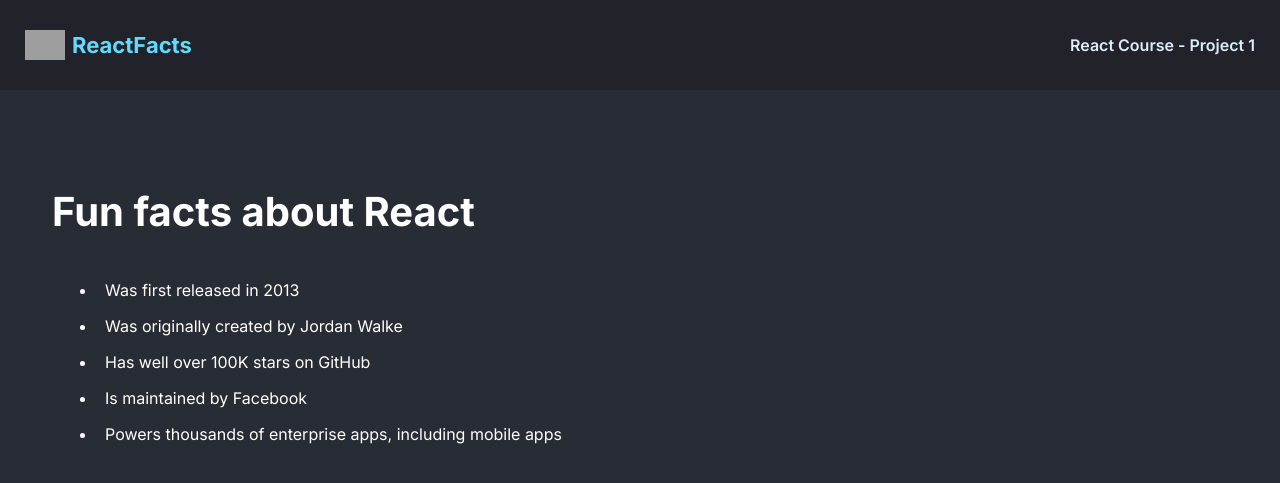
Repository: evemcd/scrimba-react2
Page: / (app in vite-react/)
The author's editor kept a copy of each file at every save. The page is drawn from the files as they stood at one save, then again after the next save.
The browser window is 1280 px wide. The pictures show the whole page.
Pictures or frames that could not be fetched are drawn as grey boxes. The project was rebuilt for these pictures with package versions that can differ from the ones it lists, and the page was loaded fresh each time. Also part of the build but not shown: vite-react/vite.config.js.

Above is the page before, as saved 2023-08-04 12:14:34.

### vite-react/index.html
<!doctype html>
<html lang="en">

<head>
  <meta charset="UTF-8" />
  <meta name="viewport" content="width=device-width, initial-scale=1.0" />
  <link rel="preconnect" href="https://fonts.googleapis.com">
  <link rel="preconnect" href="https://fonts.gstatic.com" crossorigin>
  <link
    href="https://fonts.googleapis.com/css2?family=Inter:wght@400;600;700&family=Roboto+Condensed:wght@300;400;700&family=Roboto:ital,wght@0,400;0,700;0,900;1,300&display=swap"
    rel="stylesheet">
  <link rel="stylesheet" href="./src/index.css">
  <title>ReactFacts</title>
</head>

<body>
  <div id="root"></div>
  <script type="module" src="/src/index.jsx"></script>
</body>

</html>

### vite-react/src/index.css
* {
  box-sizing: border-box;
}

body {
  margin: 0;
  font-family: Inter, sans-serif;
  background-color: #282D35;
}

nav {
  display: flex;
  align-items: center;
  background-color: #21222A;
  height: 90px;
  padding: 30px 25px;
}

.nav--icon {
  height: 30px;
  margin-right: 7px;
}

.nav--logo_text {
  color: #61DAFB;
  margin: 0;
  margin-right: auto;
  font-weight: 700;
  font-size: 22px;
}

.nav--title {
  margin: 0;
  color: #DEEBF8;
  font-weight: 600;
}

main {
  color: #FFFFFF;
  padding: 57px 27px;
}

main>h1 {
  margin: 0;
  padding: 40px 25px 20px 25px;
  font-size: 40px;
}

.factsList {
  padding: 0 70px;
}

.listElements {
  padding: 8px;
  font-size: 16px;
}

### vite-react/src/index.jsx
import React from 'react'
import ReactDOM from 'react-dom'
import App from './App.jsx'



ReactDOM.render(
  <App />,
  document.getElementById('root'))

### vite-react/src/App.jsx
import React from 'react'
import Navbar from './components/Navbar.jsx'
import Main from './components/Main.jsx'

export default function App() {
    return (
        <div className="container">
            <Navbar />
            <Main />
        </div>
    )
}

### vite-react/src/components/Navbar.jsx
import '../index.css'

export default function Navbar() {
    return (
        <nav>
            <img src="../../public/img/react-logo.png" className='nav--icon' />
            <h3 className='nav--logo_text'>ReactFacts</h3>
            <h4 className='nav--title'>React Course - Project 1</h4>
        </nav>
    )
}

### vite-react/src/components/Main.jsx
export default function Main() {
    return (
        <main>
            <h1 className="main--title">Fun facts about React</h1>
            <ul className="factsList">
                <li className="listElements">Was first released in 2013</li>
                <li className="listElements">Was originally created by Jordan Walke</li>
                <li className="listElements">Has well over 100K stars on GitHub</li>
                <li className="listElements">Is maintained by Facebook</li>
                <li className="listElements">Powers thousands of enterprise apps, including mobile apps</li>
            </ul>
        </main>
    )
}

After the next save:
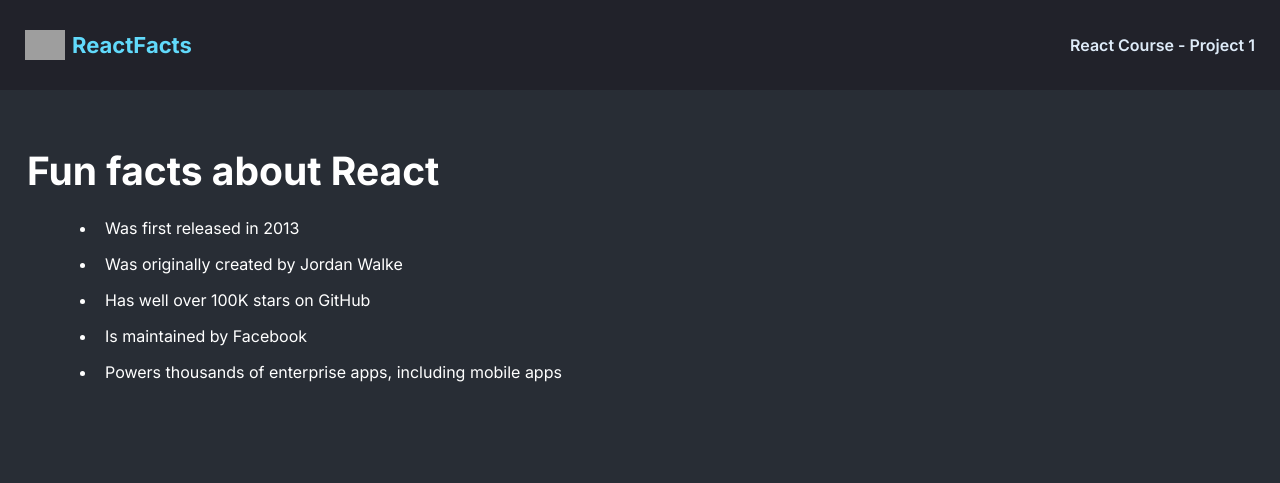
Saved 59 s later.
--- a/vite-react/src/index.css
+++ b/vite-react/src/index.css
@@ -40,10 +40,10 @@ main {
   padding: 57px 27px;
 }
 
-main>h1 {
+.main--title {
   margin: 0;
-  padding: 40px 25px 20px 25px;
-  font-size: 40px;
+  /* padding: 40px 25px 20px 25px; */
+  font-size: 39px;
 }
 
 .factsList {
